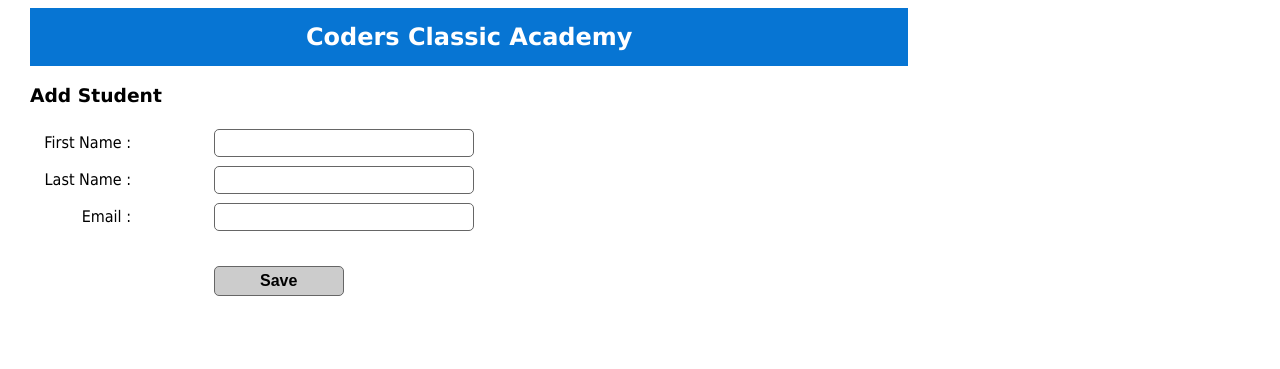
Repository: mangeshgayakwad2020/jsp_servlet
Page: http://localhost/StudentCrudDemo/add-student-form.jsp
These files come from the project's save history. The page is drawn as it stood at one moment and after the next save; the edit follows.
The browser window is 1280 px wide. The pictures show the whole page.
The page is served by Tomcat 9. Other server files are loaded and not shown.

Above is the page before, as saved 2019-08-22 14:13:38.

### StudentCrudDemo/WebContent/add-student-form.jsp
<!DOCTYPE html>
<html>

<head>
	<title>Add Student</title>

	<link type="text/css" rel="stylesheet" href="css/style.css" >
	<link type="text/css" rel="stylesheet" href="css/add-student-style.css" >
</head>

<body>

	<div id="wrapper">
		<div id="header">
			<h2 align="center">Coders Classic Academy</h2>
		</div>
	</div>

	<div id="container">
		<h3>Add Student</h3>

		<form action="StudentControllerServlet" method="get">
			<input type="hidden" name="command" value="ADD" />

			<table>
				<tbody>
					<tr>
						<td><label>First Name : </label></td>
						<td><input type="text" name="firstName" /></td>
					</tr>
					<tr>
						<td><label>Last Name : </label></td>
						<td><input type="text" name="lastName" /></td>
					</tr>
					<tr>
						<td><label>Email : </label></td>
						<td><input type="text" name="email" /></td>
					</tr>
					<tr>
						<td><label></label></td>
						<td><input type="submit" value="Save" class="save" /></td>
					</tr>
				</tbody>
			</table>
		</form>
	</div>
</body>

</html>

### StudentCrudDemo/WebContent/css/style.css
html, body{
	margin-left:15px; margin-right:15px;
	padding:0px;
	font-family:Verdana, Arial, Helvetica, sans-serif;
}

table {
	border-collapse:collapse;
	border-bottom:1px solid gray;
	font-family: Tahoma,Verdana,Segoe,sans-serif;
	width:72%;
}

th {
	border-bottom:1px solid gray;
	background:none repeat scroll 0 0 #0775d3;
	padding:10px;
	color: #FFFFFF;
}

tr {
	border-top:1px solid gray;
	text-align:center;
}

tr:nth-child(even) {background: #FFFFFF}
tr:nth-child(odd) {background: #BBBBBB}

#wrapper {width: 100%; margin-top: 0px; }
#header {width: 72%; background: #0775d3; margin-top: 0px; padding:15px 0px 15px 0px;}
#header h2 {width: 100%; margin:auto; color: #FFFFFF;}
#container {width: 100%; margin:auto}
#container h3 {color: #000;}
#container #content {margin-top: 20px;}

.add-student-button {
	border: 1px solid #666;
	border-radius: 5px;
	padding: 4px;
	font-size: 12px;
	font-weight: bold;
	width: 120px;
	padding: 5px 10px;

	margin-bottom: 15px;
	background: #cccccc;
}

Loaded but not shown: StudentCrudDemo/WebContent/css/add-student-style.css (common file)

After the next save:
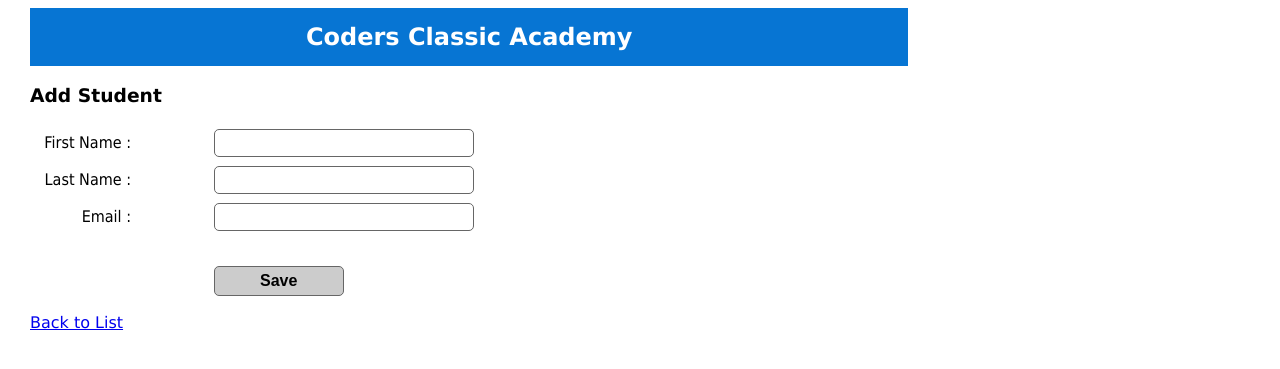
Saved 2 min 23 s later.
--- a/StudentCrudDemo/WebContent/add-student-form.jsp
+++ b/StudentCrudDemo/WebContent/add-student-form.jsp
@@ -43,6 +43,12 @@
 				</tbody>
 			</table>
 		</form>
+
+		<div style="clear: both;">
+			<p>
+				<a href="StudentControllerServlet">Back to List</a>
+			</p>
+		</div>
 	</div>
 </body>
 
